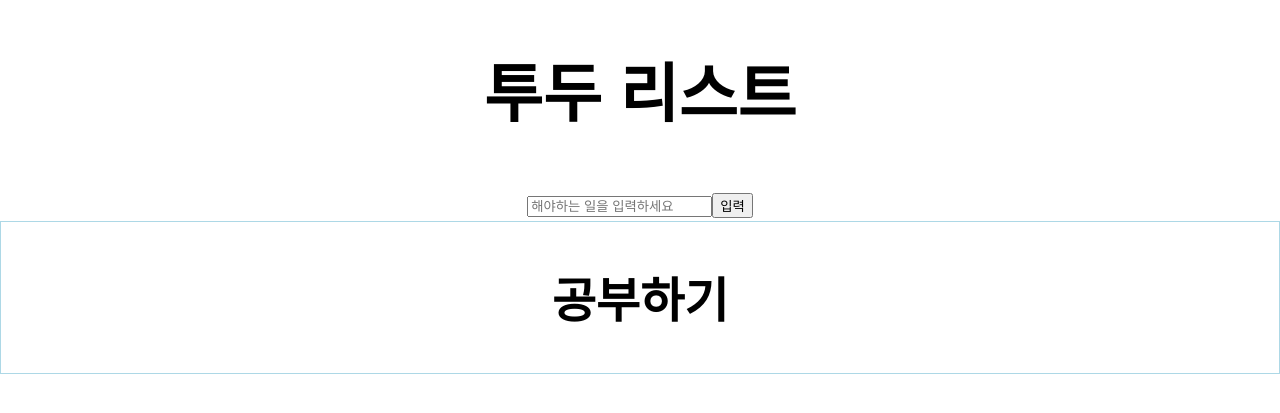
Repository: jun01270/Todo-List_React
Page: /
An editor plug-in stored every save of this project. The page is shown before and after the next save, followed by the edit.
The browser window is 1280 px wide. The pictures show the whole page.
The project was rebuilt for these pictures with package versions that can differ from the ones it lists, and the page was loaded fresh each time.

Above is the page before, as saved 2023-01-02 13:46:44.

### public/index.html
<!DOCTYPE html>
<html lang="en">
  <head>
    <meta charset="utf-8" />
    <link rel="preconnect" href="https://fonts.googleapis.com" />
    <link rel="preconnect" href="https://fonts.gstatic.com" crossorigin />
    <link
      href="https://fonts.googleapis.com/css2?family=Nanum+Pen+Script&display=swap"
      rel="stylesheet"
    />
    <meta name="viewport" content="width=device-width, initial-scale=1" />
    <meta name="theme-color" content="#000000" />
    <meta
      name="description"
      content="Web site created using create-react-app"
    />
    <link rel="apple-touch-icon" href="%PUBLIC_URL%/logo192.png" />
    <!--
      manifest.json provides metadata used when your web app is installed on a
      user's mobile device or desktop. See https://developers.google.com/web/fundamentals/web-app-manifest/
    -->
    <link rel="manifest" href="%PUBLIC_URL%/manifest.json" />
    <!--
      Notice the use of %PUBLIC_URL% in the tags above.
      It will be replaced with the URL of the `public` folder during the build.
      Only files inside the `public` folder can be referenced from the HTML.

      Unlike "/favicon.ico" or "favicon.ico", "%PUBLIC_URL%/favicon.ico" will
      work correctly both with client-side routing and a non-root public URL.
      Learn how to configure a non-root public URL by running `npm run build`.
    -->
    <title>React App</title>
  </head>
  <body>
    <noscript>You need to enable JavaScript to run this app.</noscript>
    <div id="root"></div>
    <!--
      This HTML file is a template.
      If you open it directly in the browser, you will see an empty page.

      You can add webfonts, meta tags, or analytics to this file.
      The build step will place the bundled scripts into the <body> tag.

      To begin the development, run `npm start` or `yarn start`.
      To create a production bundle, use `npm run build` or `yarn build`.
    -->
  </body>
</html>

### src/App.js
import "./App.css";
import Todo from "./todo";

function App() {
  return (
    <div className="todo">
      <Todo />
    </div>
  );
}

export default App;

### src/App.css
.todo {
  text-align: center;
  font-family: "Nanum Pen Script", cursive;
}

.todo-all {
  font-size: xx-large;
}

.todo-Form {
}

.todo-title {
  font-family: "Nanum Pen Script", cursive;
}

.todo-items {
  border: 1px solid lightblue;
}

### src/todo.js
import { useState } from "react";
import "./App.css";

function Todo() {
  const handleEvent = (event) => {
    setinputValue(event.target.value);
  };

  const [inputValue, setinputValue] = useState("");
  const [todoList, setTodoList] = useState([]);

  const addTodo = () => {
    console.log("I'm Todo", todoList);
    setTodoList(...todoList, inputValue);
  };

  return (
    <div id="todo">
      <div className="todo-all">
        <h1 className="todo-title">투두 리스트</h1>
        <div className="todo-form">
          <div className="todo-input">
            <input
              type="text"
              placeholder="해야하는 일을 입력하세요"
              onChange={handleEvent}
              value={inputValue}
            ></input>
            <button onClick={addTodo}>입력</button>
          </div>
          <div className="todo-items">
            <h2>공부하기</h2>
          </div>
        </div>
      </div>
    </div>
  );
}

export default Todo;

Loaded but not shown: src/index.js (common file); src/index.css (common file); src/reportWebVitals.js (common file)

After the next save:
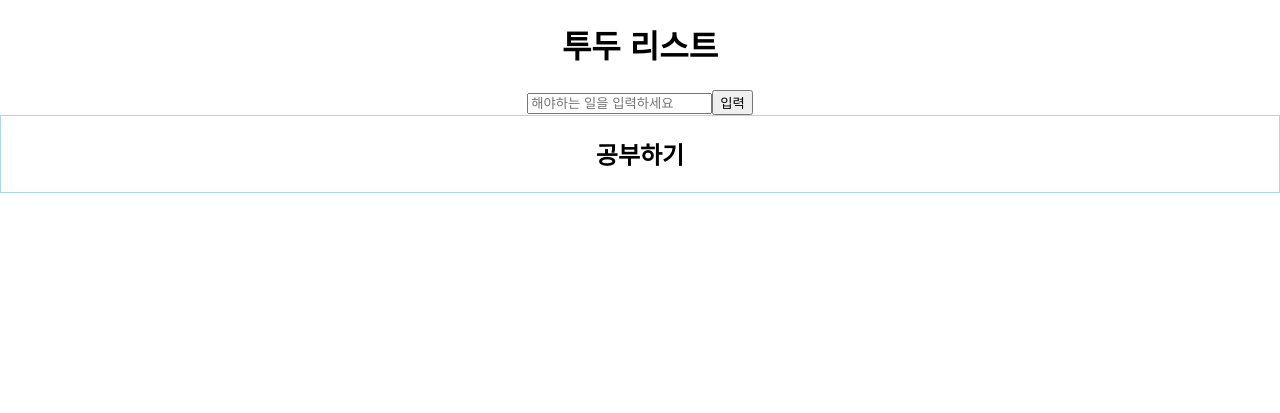
Saved 27 s later.
--- a/src/todo.js
+++ b/src/todo.js
@@ -16,21 +16,19 @@ function Todo() {
 
   return (
     <div id="todo">
-      <div className="todo-all">
-        <h1 className="todo-title">투두 리스트</h1>
-        <div className="todo-form">
-          <div className="todo-input">
-            <input
-              type="text"
-              placeholder="해야하는 일을 입력하세요"
-              onChange={handleEvent}
-              value={inputValue}
-            ></input>
-            <button onClick={addTodo}>입력</button>
-          </div>
-          <div className="todo-items">
-            <h2>공부하기</h2>
-          </div>
+      <h1 className="todo-title">투두 리스트</h1>
+      <div className="todo-form">
+        <div className="todo-input">
+          <input
+            type="text"
+            placeholder="해야하는 일을 입력하세요"
+            onChange={handleEvent}
+            value={inputValue}
+          ></input>
+          <button onClick={addTodo}>입력</button>
+        </div>
+        <div className="todo-items">
+          <h2>공부하기</h2>
         </div>
       </div>
     </div>

After the save that followed:
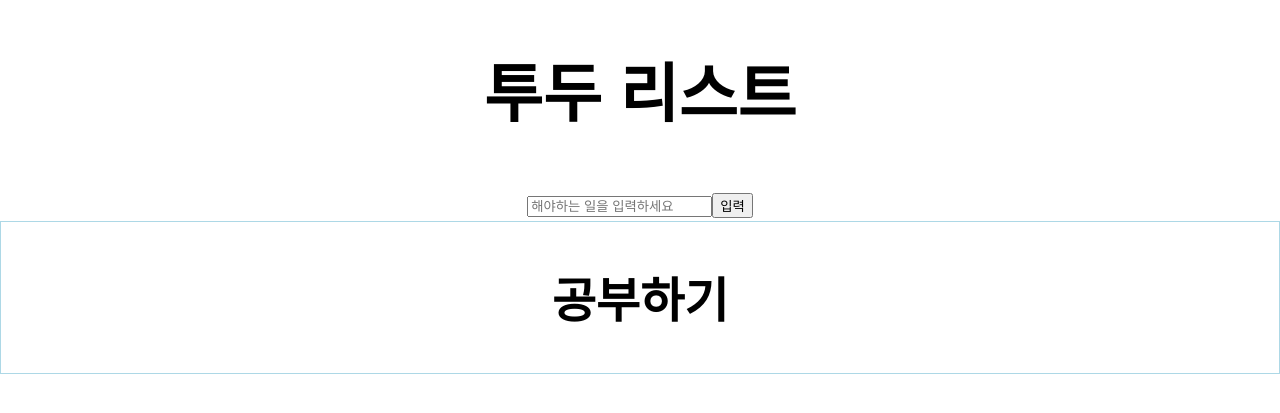
Saved 6 s later.
--- a/src/App.css
+++ b/src/App.css
@@ -1,6 +1,7 @@
 .todo {
   text-align: center;
   font-family: "Nanum Pen Script", cursive;
+  font-size: xx-large;
 }
 
 .todo-all {
